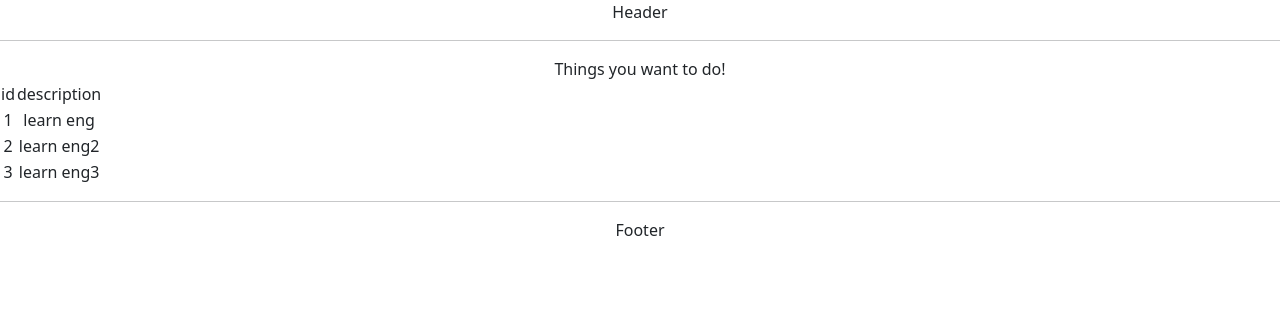
Repository: alexveremis/ReactWithRestAPI
Page: /todos
The author's editor kept a copy of each file at every save. The page is drawn from the files as they stood at one save, then again after the next save.
The browser window is 1280 px wide. The pictures show the whole page.
The project was rebuilt for these pictures with package versions that can differ from the ones it lists, and the page was loaded fresh each time. Also part of the build but not shown: src/components/todo/TodoApp.css.

Above is the page before, as saved 2023-11-28 11:07:18.

After the next save:
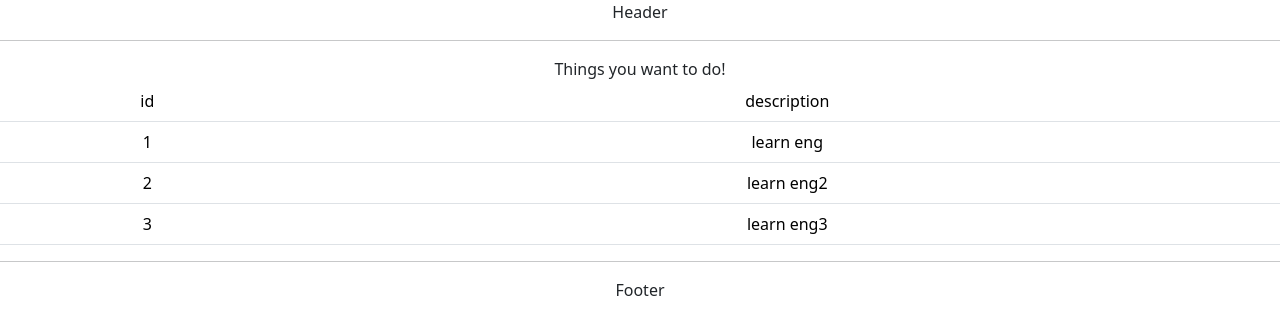
Saved 37 s later.
--- a/src/components/todo/TodoApp.jsx
+++ b/src/components/todo/TodoApp.jsx
@@ -105,7 +105,7 @@ function ListTodosComponent(){
         <div className="contrainer">
             Things you want to do!
             <div>
-                <table>
+                <table className="table">
                     <thead>
                         <tr>
                             <td>id </td>
